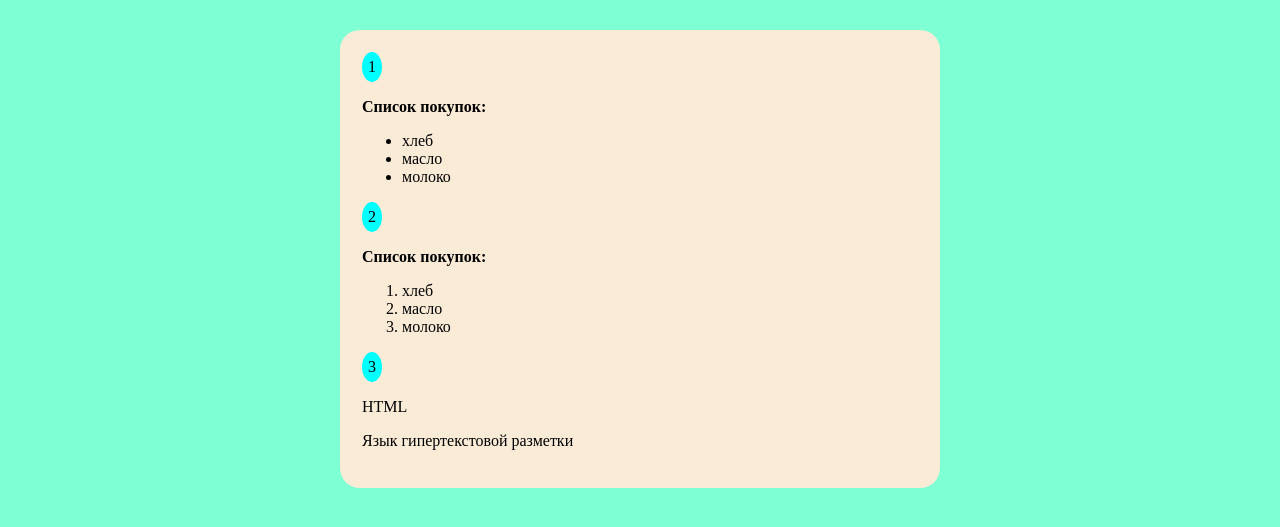
Repository: Savich01/-
Page: html/index.html
These files come from the project's save history. The page is drawn as it stood at one moment and after the next save; the edit follows.
The browser window is 1280 px wide. The pictures show the whole page.

Above is the page before, as saved 2024-05-31 14:35:30.

After the next save:
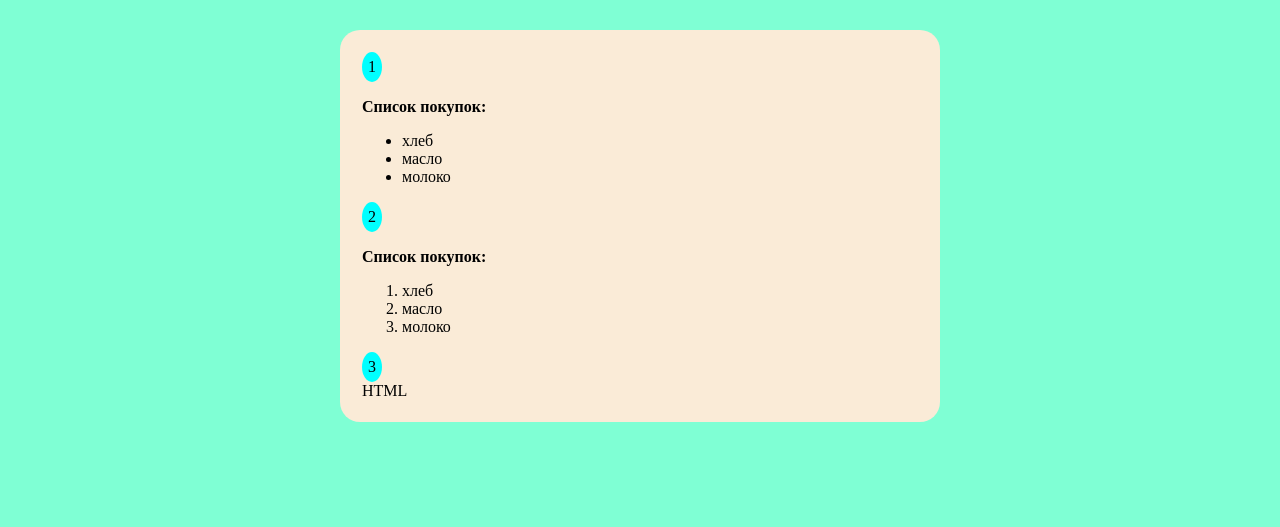
Saved 24 s later.
--- a/html/index.html
+++ b/html/index.html
@@ -35,10 +35,10 @@
                 </ol>
 
                 <div class="block">3</div>
-                <p class="text">
+                <div class="text">
                     HTML
-                </p>
-                <p>Язык гипертекстовой разметки</p>
+                </div>
+
             </section>
         </div>
     </main>
